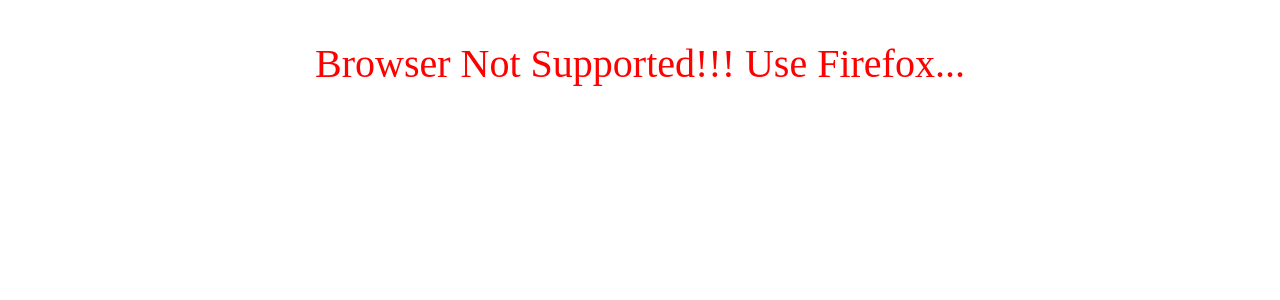
Repository: github-krishnakanth/DesignPatternsRepo
Page: http://localhost/FilterDesignPattern/badBrowser.jsp
An editor plug-in stored every save of this project. The page is shown before and after the next save, followed by the edit.
The browser window is 1280 px wide. The pictures show the whole page.
The page is served by Tomcat 9.

Above is the page before, as saved 2019-08-06 12:18:40.

After the next save:
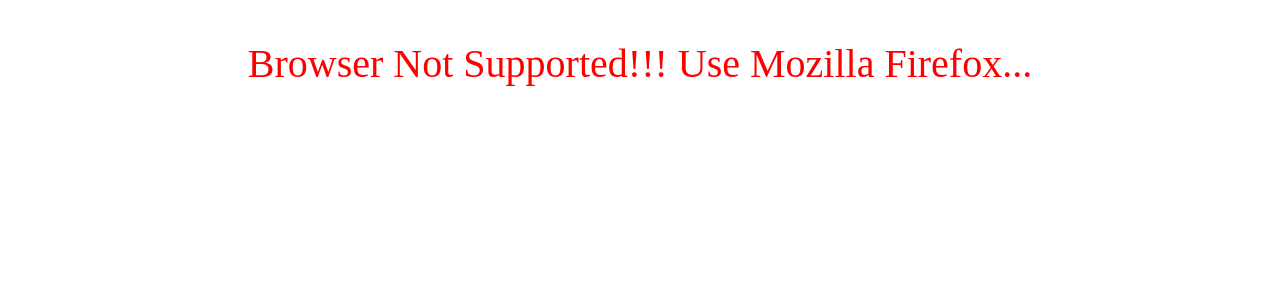
Saved 32 s later.
--- a/FilterDesignPattern/WebContent/badBrowser.jsp
+++ b/FilterDesignPattern/WebContent/badBrowser.jsp
@@ -7,6 +7,6 @@
 		<title>Browser Not Supported</title>
 	</head>
 	<body>
-		<p style="font-size: 40px; color: red;" align="center">Browser Not Supported!!! Use Firefox...</p>
+		<p style="font-size: 40px; color: red;" align="center">Browser Not Supported!!! Use Mozilla Firefox...</p>
 	</body>
 </html>
